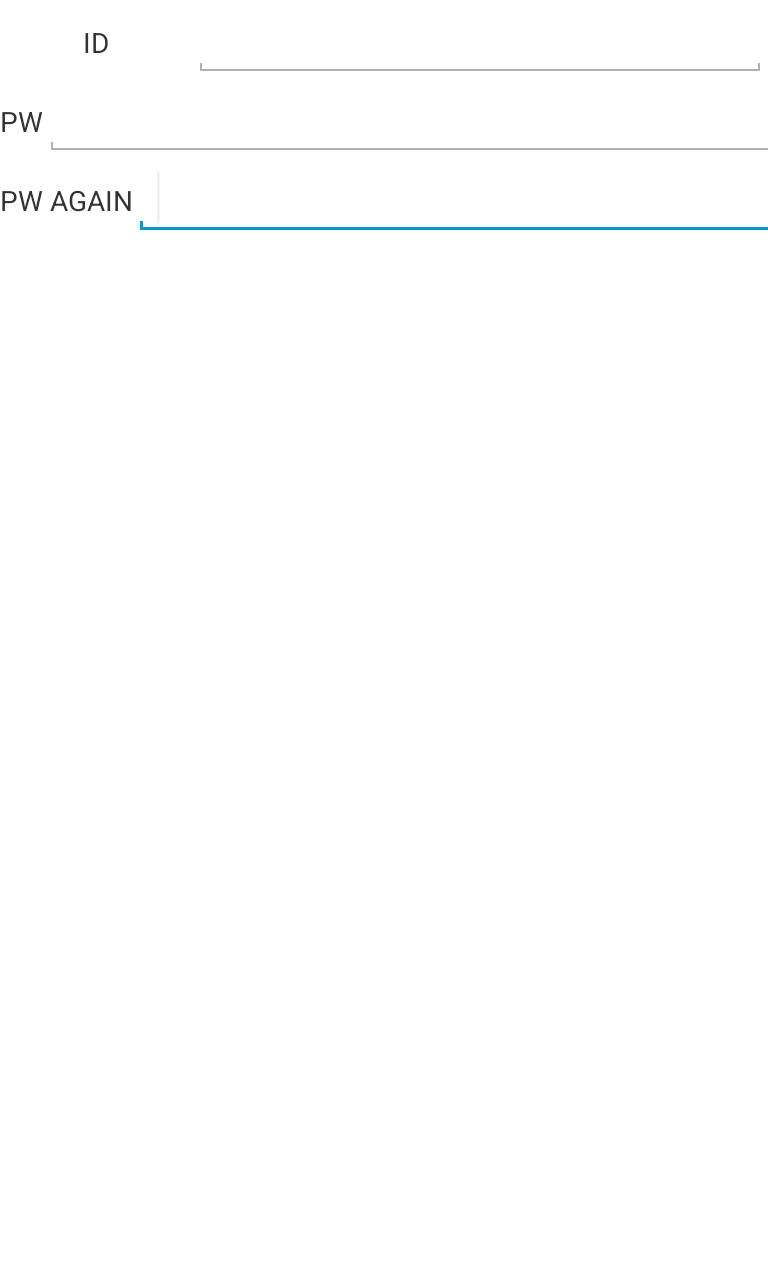
Repository: mewards/Android_Study
Layout: hw/wooil/hw4/res/layout/join.xml
An editor plug-in stored every save of this project. The layout is shown before and after a run of saves, followed by the edit.
It is drawn on a 768 x 1280 px phone screen (xhdpi) without system bars, with theme AppTheme; the app's code is not run.

Above is the layout before, as saved 2014-03-04 05:32:02.

### hw/wooil/hw4/res/layout/join.xml
<?xml version="1.0" encoding="utf-8"?>
<LinearLayout xmlns:android="http://schemas.android.com/apk/res/android"
    android:layout_width="match_parent"
    android:layout_height="match_parent"
    android:orientation="vertical" >

    <LinearLayout
        android:layout_width="match_parent"
        android:layout_height="wrap_content"
        android:orientation="horizontal" >

        <TextView
            android:id="@+id/id_txt"
            android:layout_width="0dp"
            android:layout_weight="1"
            android:layout_height="wrap_content"
            android:gravity="center"
            android:text="ID" />

        <EditText
            android:id="@+id/id_edit"
            android:layout_width="0dp"
            android:layout_weight="3"
            android:layout_height="wrap_content"
            android:ems="10" >

            <requestFocus />
        </EditText>
    </LinearLayout>

    <LinearLayout
        android:layout_width="match_parent"
        android:layout_height="wrap_content"
        android:orientation="horizontal" >

        <TextView
            android:id="@+id/pw_txt"
            android:layout_width="0dp"
            android:layout_weight="1"
            android:layout_height="wrap_content"
            android:gravity="center"
            android:text="PW" />

        <EditText
            android:id="@+id/pw_edit"
            android:layout_width="match_parent"
            android:layout_height="wrap_content"
            android:ems="10" >

            <requestFocus />
        </EditText>
    </LinearLayout>

    <LinearLayout
        android:layout_width="match_parent"
        android:layout_height="wrap_content"
        android:orientation="horizontal" >

        <TextView
            android:id="@+id/pwc_txt"
            android:layout_width="0dp"
            android:layout_weight="1"
            android:layout_height="wrap_content"
            android:gravity="center"
            android:text="PW AGAIN" />

        <EditText
            android:id="@+id/pwc_edit"
            android:layout_width="match_parent"
            android:layout_height="wrap_content"
            android:ems="10" >

            <requestFocus />
        </EditText>
    </LinearLayout>

</LinearLayout>

Loaded but not shown: hw/wooil/hw4/res/values/styles.xml (common file); hw/wooil/hw4/res/values-v11/styles.xml (common file); hw/wooil/hw4/res/values-v14/styles.xml (common file)

After the next 2 saves:
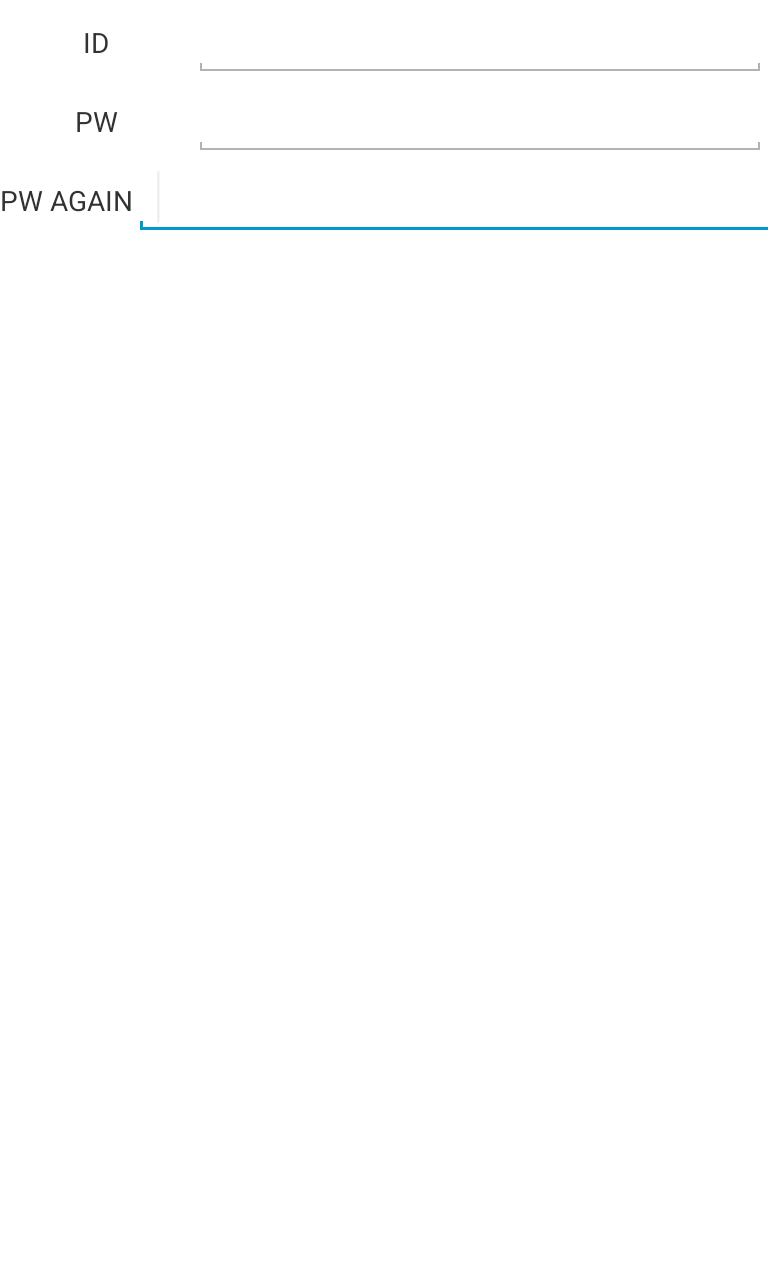
The 2 saves are shown as one change because they came seconds apart.
The last was saved 30 s later.
--- a/hw/wooil/hw4/res/layout/join.xml
+++ b/hw/wooil/hw4/res/layout/join.xml
@@ -12,16 +12,16 @@
         <TextView
             android:id="@+id/id_txt"
             android:layout_width="0dp"
+            android:layout_height="wrap_content"
             android:layout_weight="1"
-            android:layout_height="wrap_content"
             android:gravity="center"
             android:text="ID" />
 
         <EditText
             android:id="@+id/id_edit"
             android:layout_width="0dp"
+            android:layout_height="wrap_content"
             android:layout_weight="3"
-            android:layout_height="wrap_content"
             android:ems="10" >
 
             <requestFocus />
@@ -36,15 +36,16 @@
         <TextView
             android:id="@+id/pw_txt"
             android:layout_width="0dp"
+            android:layout_height="wrap_content"
             android:layout_weight="1"
-            android:layout_height="wrap_content"
             android:gravity="center"
             android:text="PW" />
 
         <EditText
             android:id="@+id/pw_edit"
-            android:layout_width="match_parent"
+            android:layout_width="0dp"
             android:layout_height="wrap_content"
+            android:layout_weight="3"
             android:ems="10" >
 
             <requestFocus />
@@ -59,8 +60,8 @@
         <TextView
             android:id="@+id/pwc_txt"
             android:layout_width="0dp"
+            android:layout_height="wrap_content"
             android:layout_weight="1"
-            android:layout_height="wrap_content"
             android:gravity="center"
             android:text="PW AGAIN" />
 
